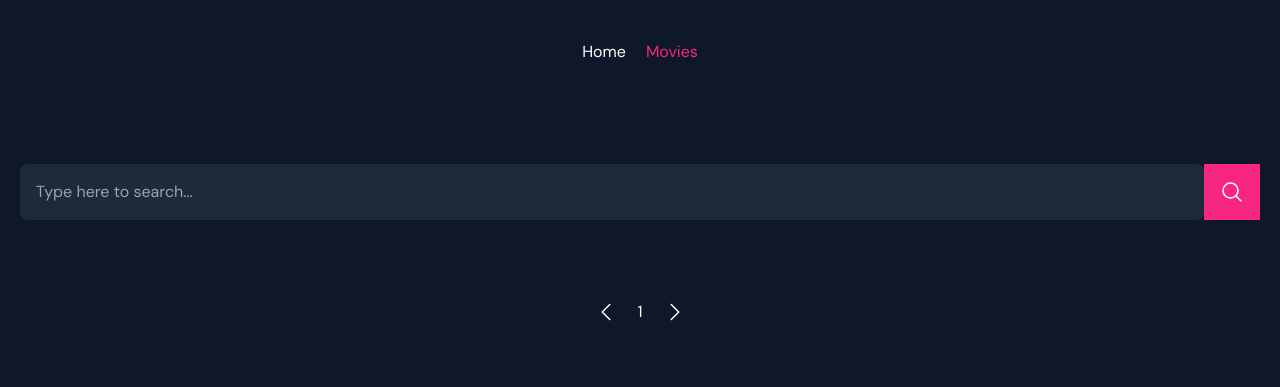
Repository: vophuocthanh/movies
Page: /movies
An editor plug-in stored every save of this project. The page is shown before and after the next save, followed by the edit.
The browser window is 1280 px wide. The pictures show the whole page.
The page's requests for data from a server got no answer. The project was rebuilt for these pictures with package versions that can differ from the ones it lists, and the page was loaded fresh each time. No one was signed in, and anything a server would have sent is missing. Also part of the build but not shown: src/components/banner/Banner.jsx, src/pages/HomePage.jsx, src/components/movie/MovieCard.jsx, src/pages/MovieDetailsPage.jsx. Imported but missing from the stored project, and not drawn on this page: src/components/movie/MovieList.

Above is the page before, as saved 2022-12-05 21:53:55.

After the next save:
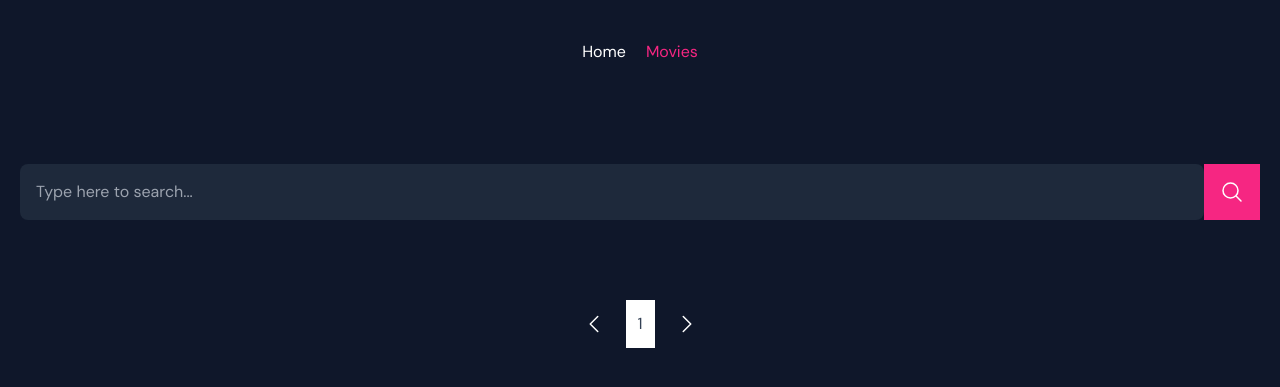
Saved 97 s later.
--- a/src/pages/MoviePage.jsx
+++ b/src/pages/MoviePage.jsx
@@ -85,7 +85,9 @@ const MoviePage = () => {
             />
           </svg>
         </span>
-        <span class="cursor-pointer">1</span>
+        <span class="cursor-pointer inline-block p-3 bg-white text-slate-700">
+          1
+        </span>
         <span>
           <svg
             xmlns="http://www.w3.org/2000/svg"
